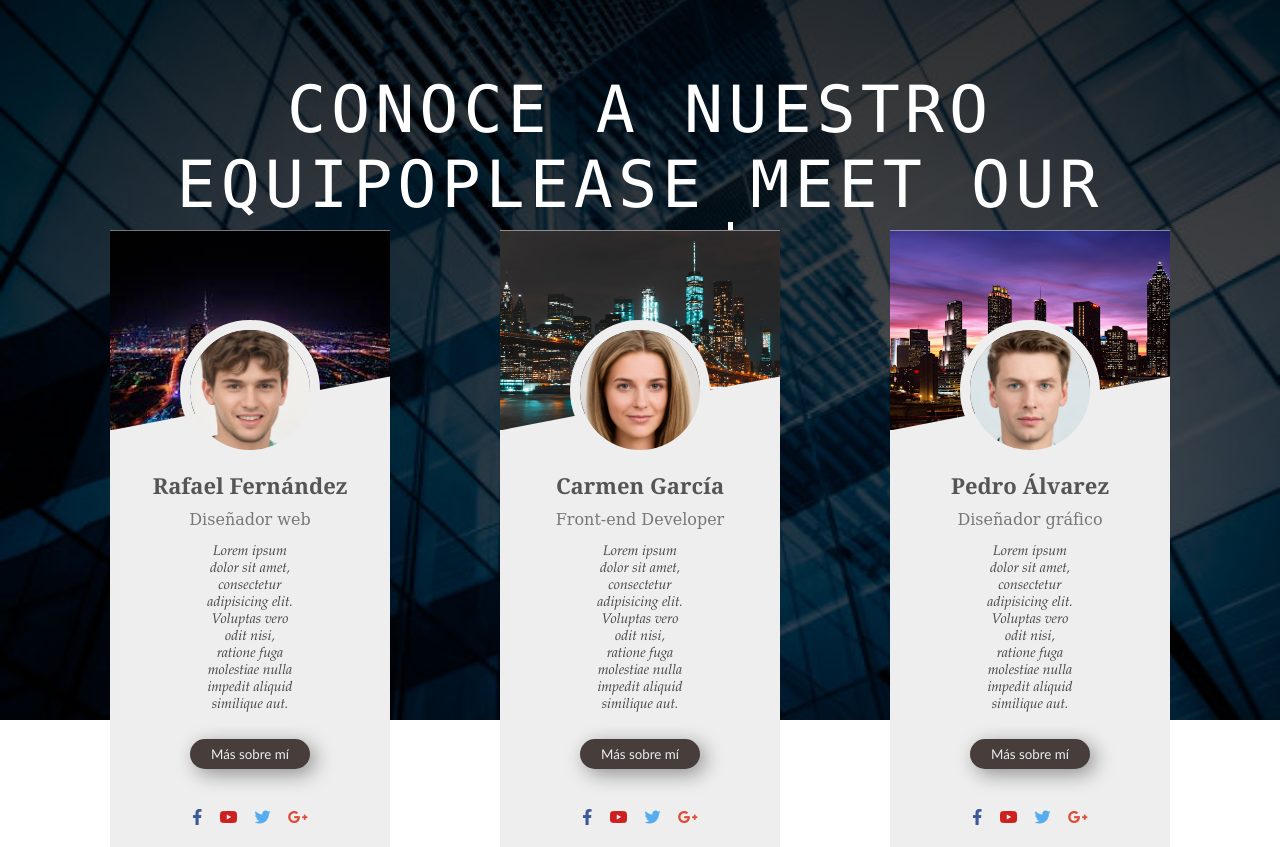
Repository: RaquelAlvarezz/Ejercicios-FormawebIV
Page: Equipo/index.html
These files come from the project's save history. The page is drawn as it stood at one moment and after the next save; the edit follows.
The browser window is 1280 px wide. The pictures show the whole page.

Above is the page before, as saved 2021-11-23 14:46:52.

After the next save:
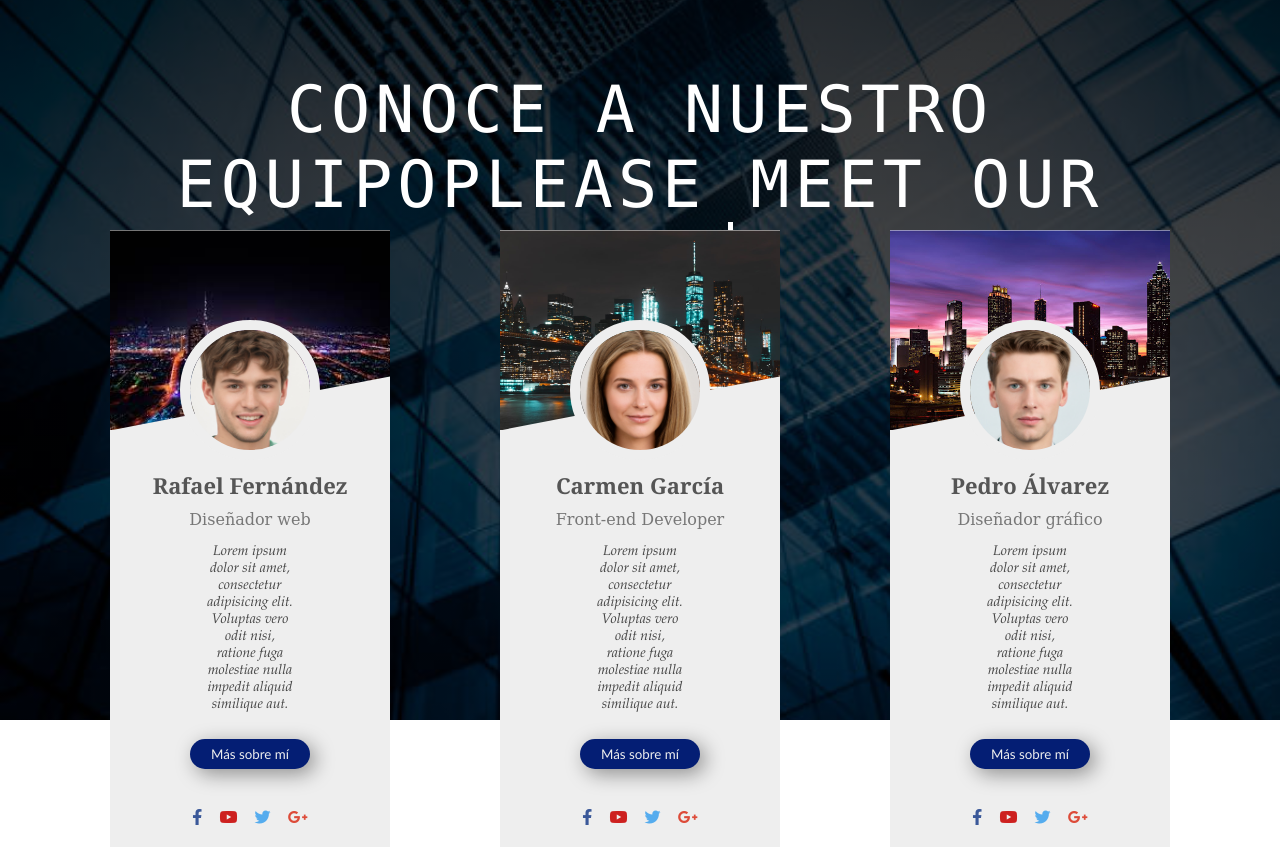
Saved 12 s later.
--- a/Equipo/css/styles.css
+++ b/Equipo/css/styles.css
@@ -128,7 +128,7 @@
 	width: 120px;
 	padding: 7px;
 	margin: 10px 0;
-	background-color: rgb(71, 61, 59);
+	background-color: rgb(4, 30, 116);
 	border: none;
 	outline: none;
 	border-radius: 25px;
